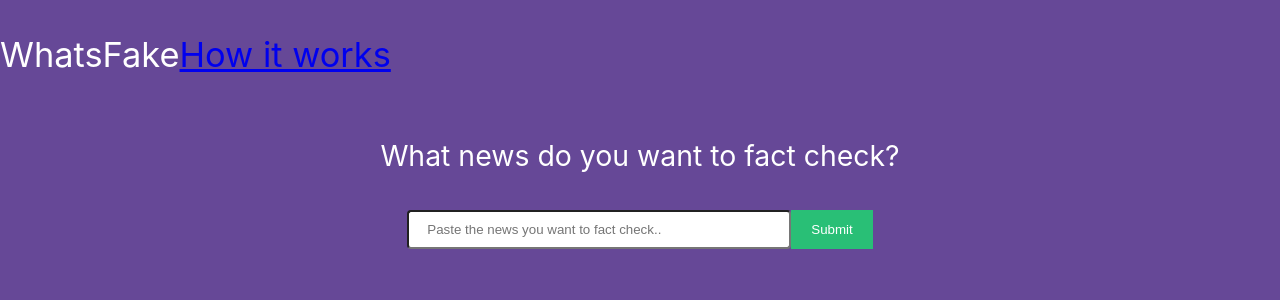
Repository: alkalox/FakeNews
Page: /
These files come from the project's save history. The page is drawn as it stood at one moment and after the next save; the edit follows.
The browser window is 1280 px wide. The pictures show the whole page.
The project was rebuilt for these pictures with package versions that can differ from the ones it lists, and the page was loaded fresh each time.

Above is the page before, as saved 2019-04-23 19:46:48.

After the next save:
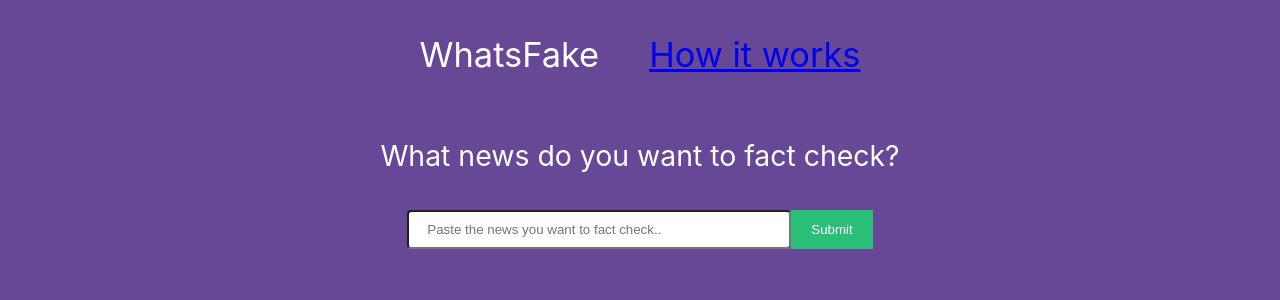
Saved 34 s later.
--- a/src/App.css
+++ b/src/App.css
@@ -8,17 +8,15 @@
 }
 .App-header {
   display: flex;
+  flex-direction: row;
+  align-items: center;
+  justify-content: center;
   font-size: calc(20px + 2vmin);
   color: white;
 }
 
-.why {
-  align-items: center;
-  justify-content: center;
-}
 .how {
-  justify-content: flex-end;
-
+  padding-left: 50px;
 }
 .input {
   width: 30%;
